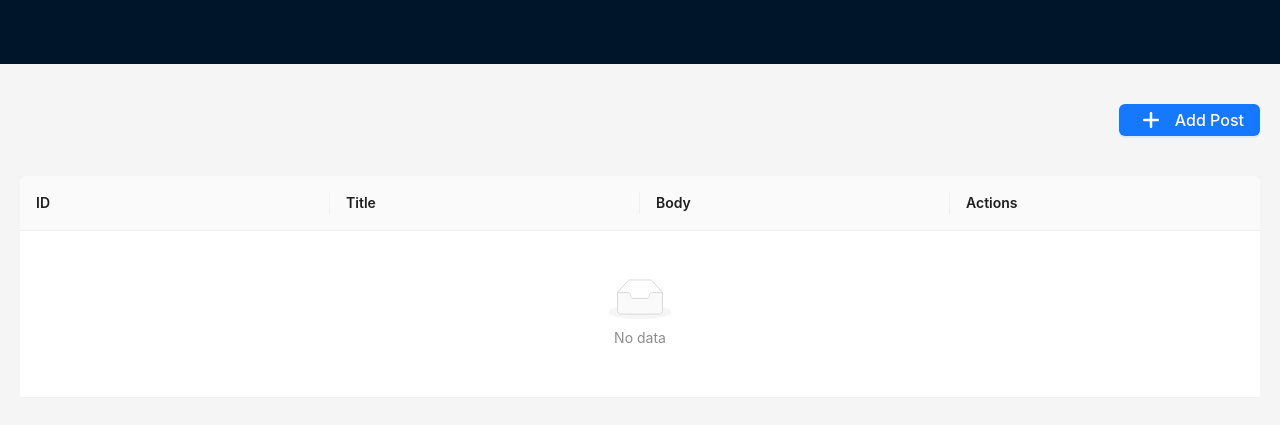
Repository: yasserrrz/Denamo-posts
Page: /
These files come from the project's save history. The page is drawn as it stood at one moment and after the next save; the edit follows.
The browser window is 1280 px wide. The pictures show the whole page.
The page's requests for data from a server got no answer. The project was rebuilt for these pictures with package versions that can differ from the ones it lists, and the page was loaded fresh each time. No one was signed in, and anything a server would have sent is missing. Also part of the build but not shown: src/components/PostForm.tsx.

Above is the page before, as saved 2024-11-28 16:00:41.

After the next save:
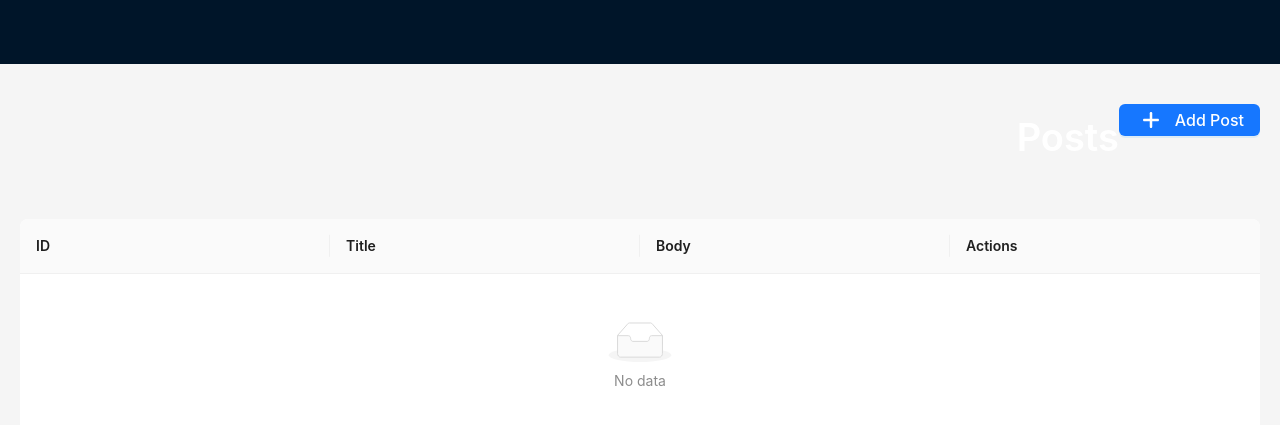
Saved 5 s later.
--- a/src/App.tsx
+++ b/src/App.tsx
@@ -19,9 +19,9 @@ const App: React.FC = () => {
 
       <Content style={{ padding: '20px' }}>
          <div style={{marginTop: '20px ' , marginBottom: '20px' , display: 'flex', justifyContent: 'flex-end' }}>
-          <div >
-            <p></p>
-          </div>
+         <Title level={1} style={{ color: 'white' , textAlign: 'center' , marginTop: '10px' }}>
+          Posts
+        </Title>
          <Button onClick={()=>{setIsModalOpen(true)}} style={{fontSize: '16px' , fontWeight: '500' , padding: '15px'}} type="primary"><AddIcon/> Add Post</Button>
          </div>
         <div style={{ marginTop: '40px' }}>
